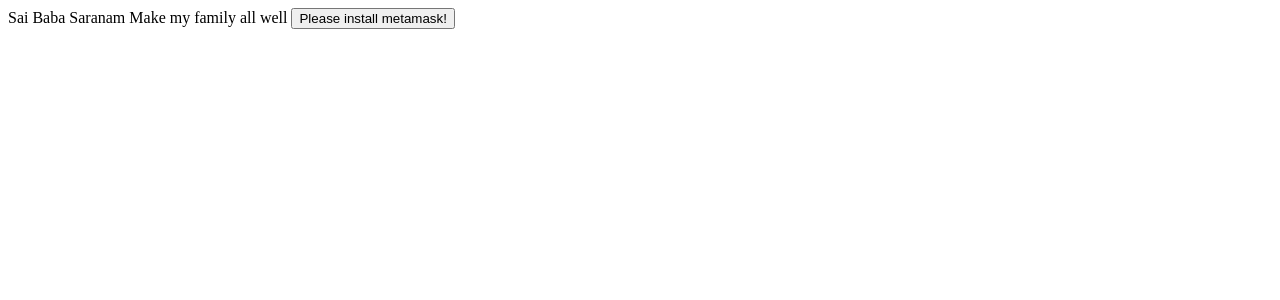
Repository: Sugunaramkumar/Fund-Me-App---FCC
Page: index.html
An editor plug-in stored every save of this project. The page is shown before and after the next save, followed by the edit.
The browser window is 1280 px wide. The pictures show the whole page.
After loading, the first visible `#connectButton` was clicked once.

Above is the page before, as saved 2022-07-21 16:09:46.

### index.html
<!DOCTYPE html>
<html lang="en">
<head>

    <title>Fund Me App</title>
</head>
<body>
    Sai Baba Saranam
    Make my family all well
    <script>
        async function connect() {
            if (typeof window.ethereum !== "undefined"){
                await window.ethereum.request({method: "eth_requestAccounts"})
                document.getElementById("connectButton").innerHTML = "Connected!"
            }else {
                document.getElementById("connectButton").innerHTML = "Please install metamask!"
            }
    }
    </script>
    <button id="connectButton" onclick="connect()"> Connect </button>
</body>
</html>

After the next save:
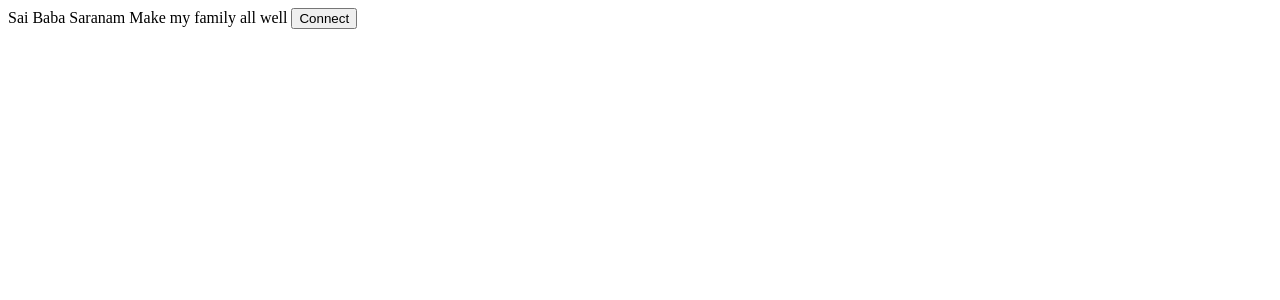
Console error: ReferenceError: connect is not defined
Saved 38 s later.
--- a/index.html
+++ b/index.html
@@ -8,14 +8,7 @@
     Sai Baba Saranam
     Make my family all well
     <script>
-        async function connect() {
-            if (typeof window.ethereum !== "undefined"){
-                await window.ethereum.request({method: "eth_requestAccounts"})
-                document.getElementById("connectButton").innerHTML = "Connected!"
-            }else {
-                document.getElementById("connectButton").innerHTML = "Please install metamask!"
-            }
-    }
+
     </script>
     <button id="connectButton" onclick="connect()"> Connect </button>
 </body>
